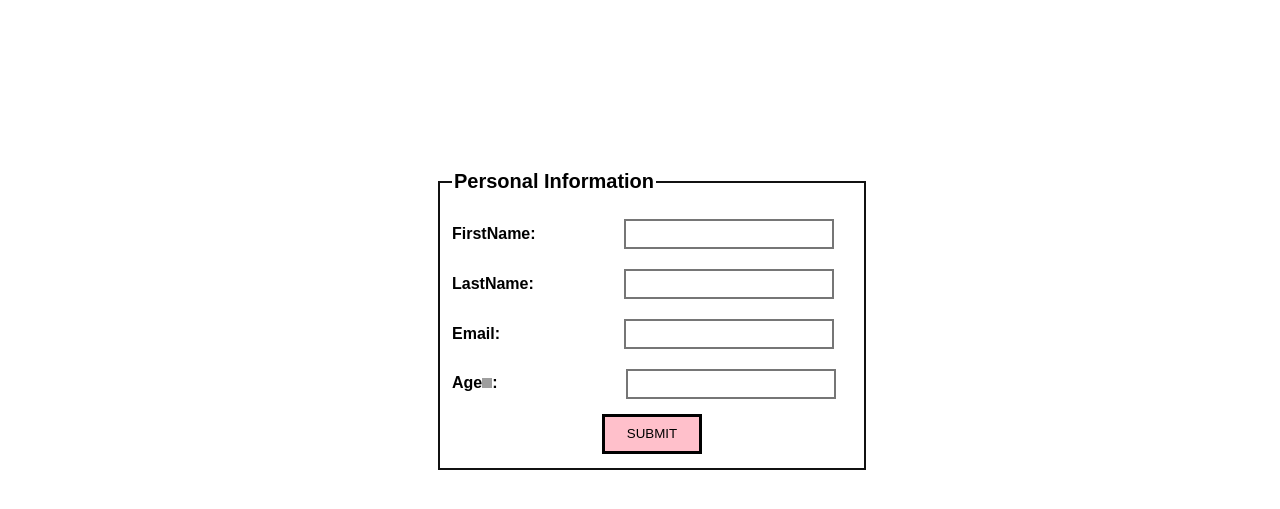
Repository: Femi007-gh/Legend
Page: index.html
These files come from the project's save history. The page is drawn as it stood at one moment and after a run of saves; the edit follows.
The browser window is 1280 px wide. The pictures show the whole page.
The pointer rests on the first visible `.sub`.
Pictures or frames that could not be fetched are drawn as grey boxes.

Above is the page before, as saved 2025-04-04 17:55:53.

After the next 3 saves:
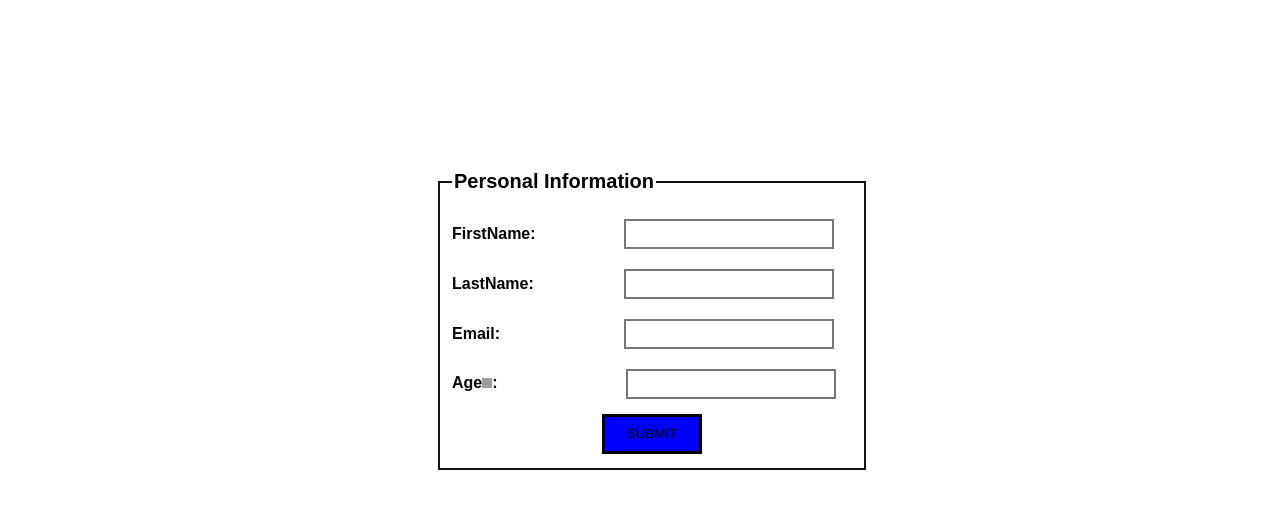
The 3 saves are shown as one change because they came seconds apart.
The last was saved 8 s later.
--- a/style.css
+++ b/style.css
@@ -67,5 +67,5 @@ input {
 }
 
 .sub:hover {
-  background-color: ;
+  background-color: blue;
 }
